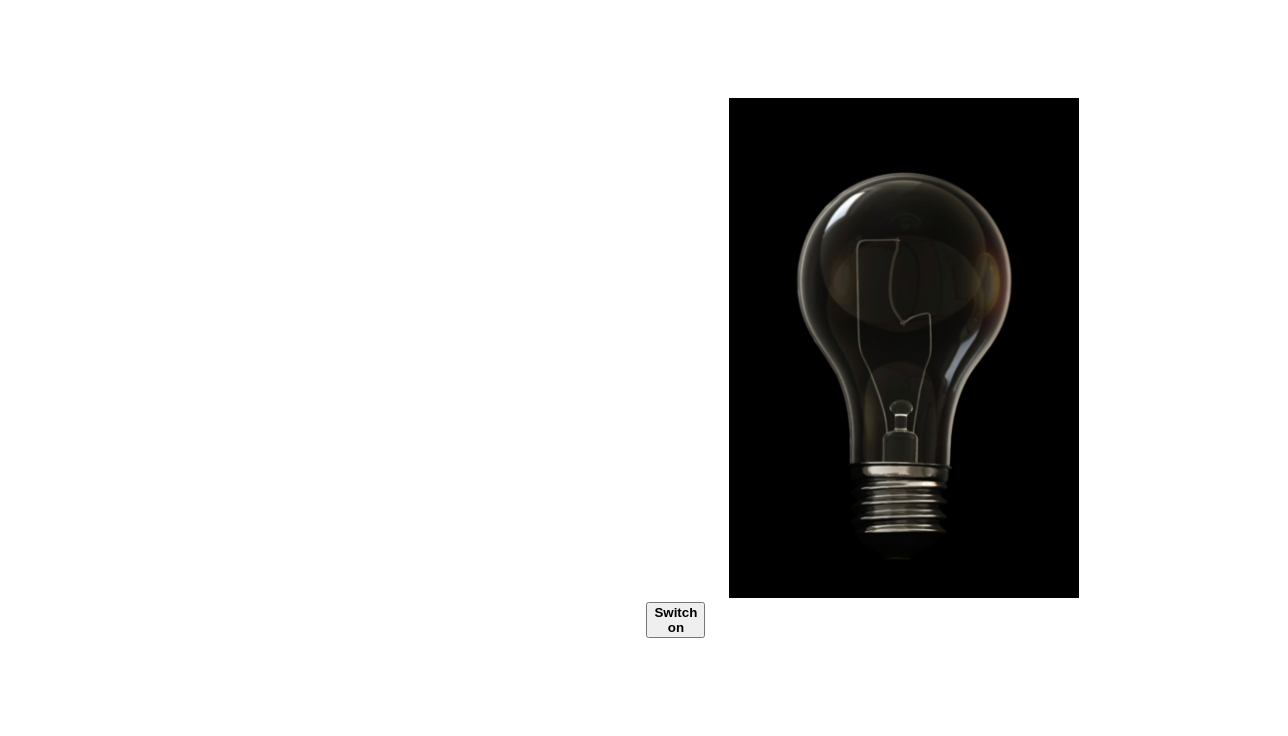
Repository: JunaidAnsari202/bulb
Page: index.html
An editor plug-in stored every save of this project. The page is shown before and after the next save, followed by the edit.
The browser window is 1280 px wide. The page is 1288 px wide, so the pictures cover 1288 px, including what lies to the right of the window. The pictures show the whole page.

Above is the page before, as saved 2023-10-27 17:44:19.

After the next save:
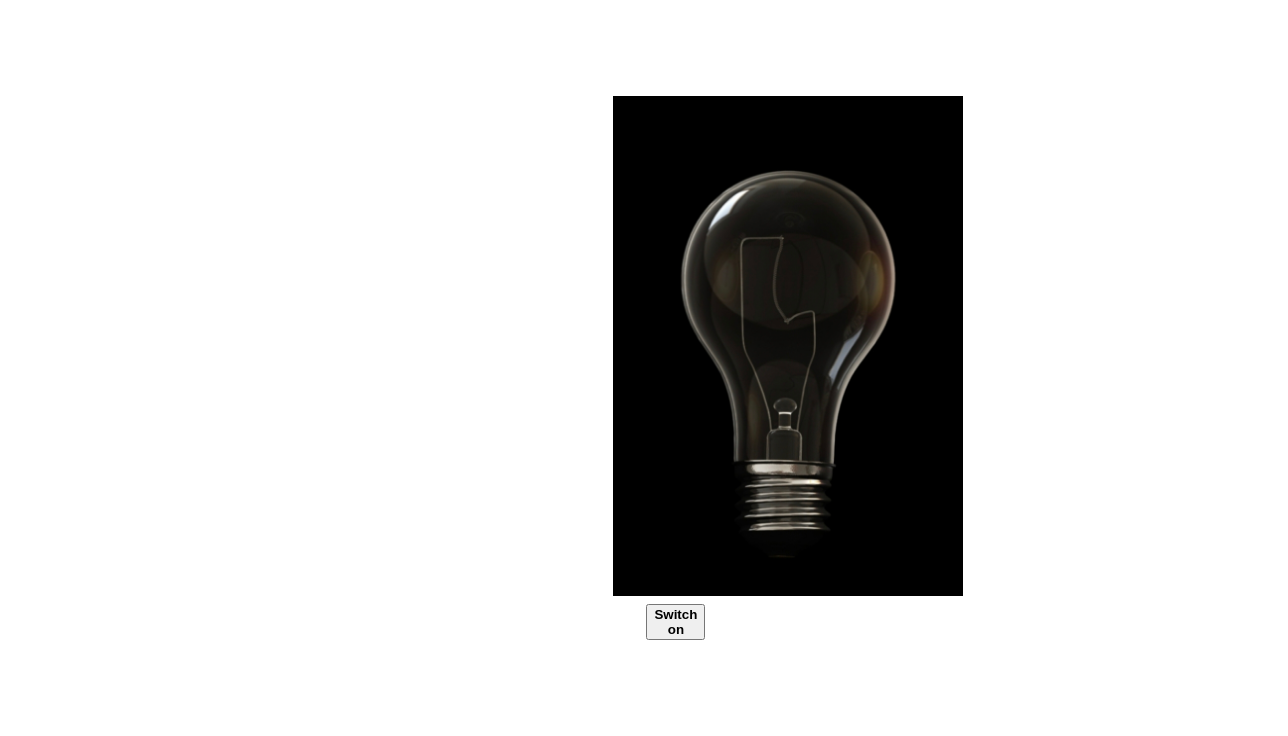
Saved 5 s later.
--- a/index.html
+++ b/index.html
@@ -7,7 +7,7 @@
     <link rel="stylesheet" href="style.css">
 </head>
 <body>
-    <div></div><img id="bulb" src="img/off.jpg" alt="" class="bulb">
+    <div><img id="bulb" src="img/off.jpg" alt="" class="bulb"></div>
    <div> <button id="btn" class="bttn">Switch on</button></div>
 </body>
 
